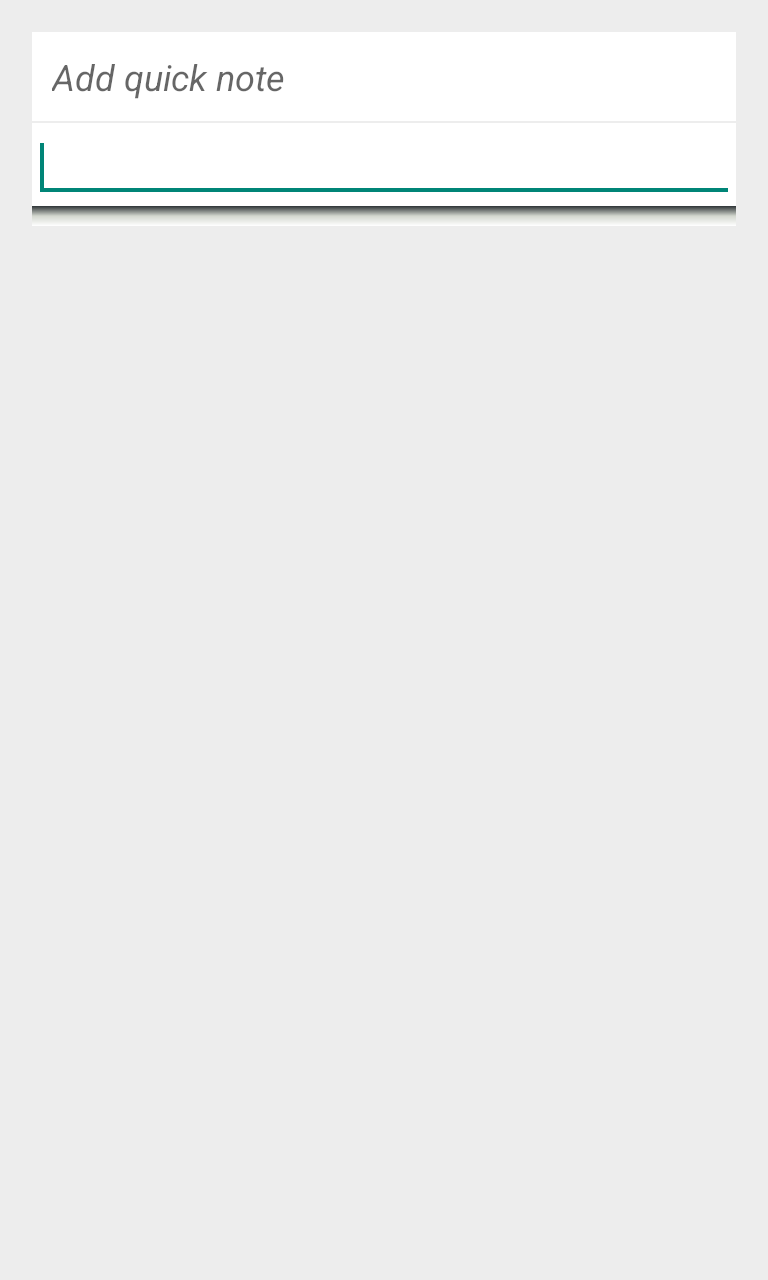
Repository: ishwormali/practices
Layout: Android/GoogleKeep/GoogleKeep/res/layout/fragment_main.xml
The author's editor kept a copy of each file at every save. The layout is drawn from the files as they stood at one save, then again after the next save.
It is drawn on a 768 x 1280 px phone screen (xhdpi) without system bars, with theme Theme.Orangeboom; the app's code is not run.

Above is the layout before, as saved 2014-04-01 05:44:03.

After the next save:
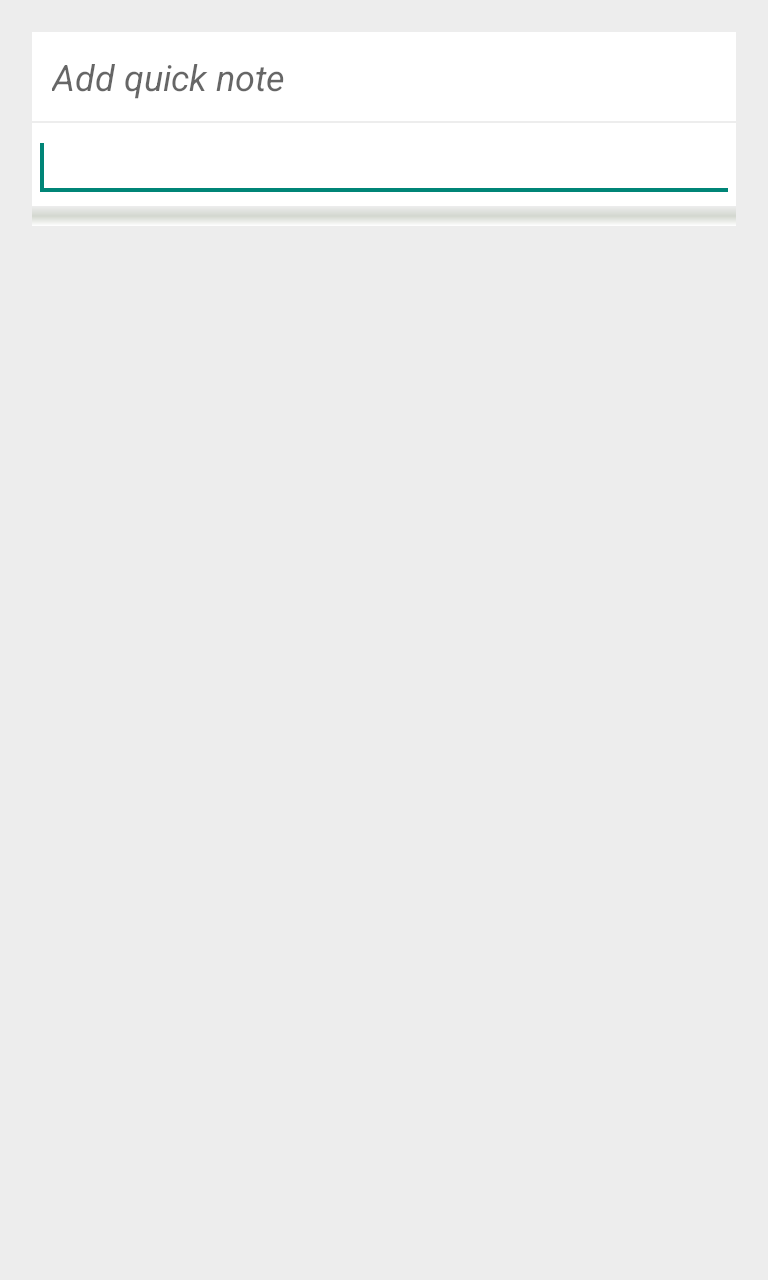
Saved 5 min 19 s later.
--- a/Android/GoogleKeep/GoogleKeep/res/drawable/drop_shadow.xml
+++ b/Android/GoogleKeep/GoogleKeep/res/drawable/drop_shadow.xml
@@ -3,6 +3,6 @@
   <gradient
     android:startColor="#ffffff"
     android:centerColor="#d3d7cf"
-    android:endColor="#2e3436"
+    android:endColor="@color/main_background"
     android:angle="90" />
 </shape>
